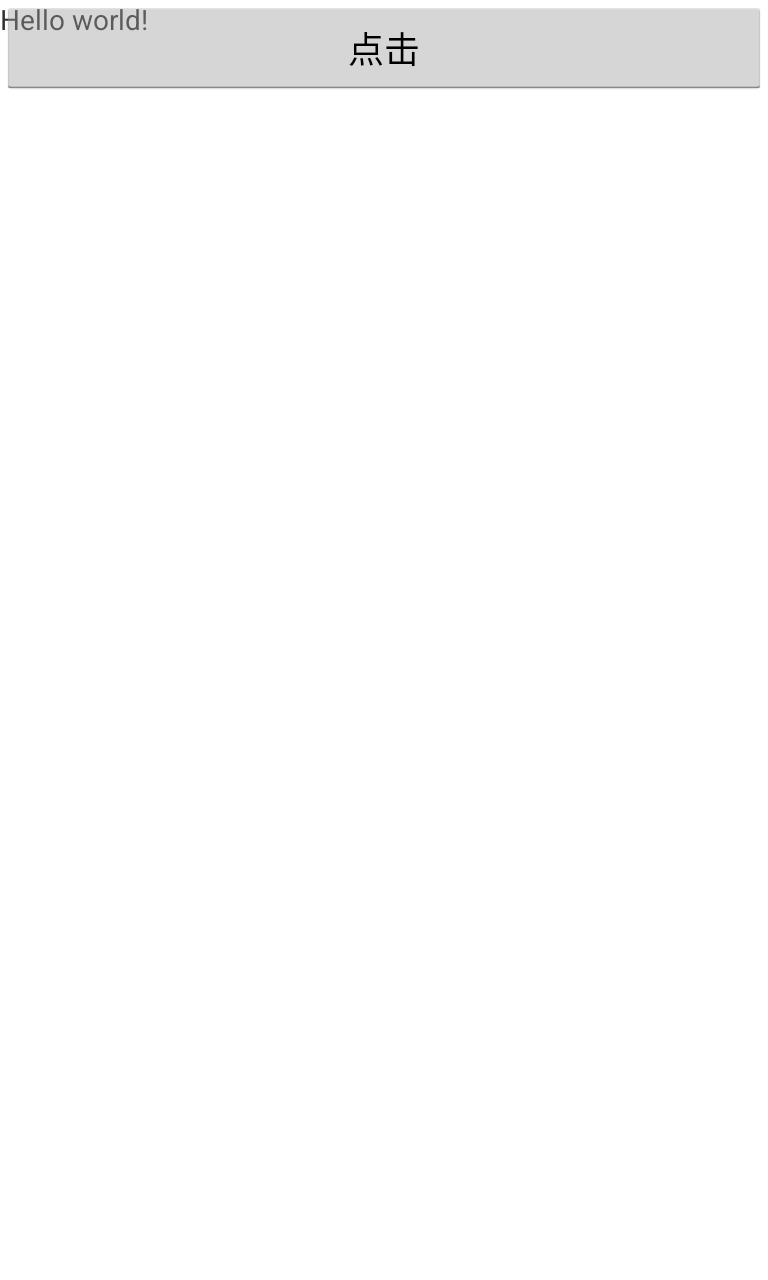
Repository: haozzzzzzzz/Android_Activity_Jump
Layout: Android_Activity_Test/res/layout/activity_second.xml
The author's editor kept a copy of each file at every save. The layout is drawn from the files as they stood at one save, then again after the next save.
It is drawn on a 768 x 1280 px phone screen (xhdpi) without system bars, with theme AppTheme; the app's code is not run.

Above is the layout before, as saved 2013-02-16 09:20:41.

After the next save:
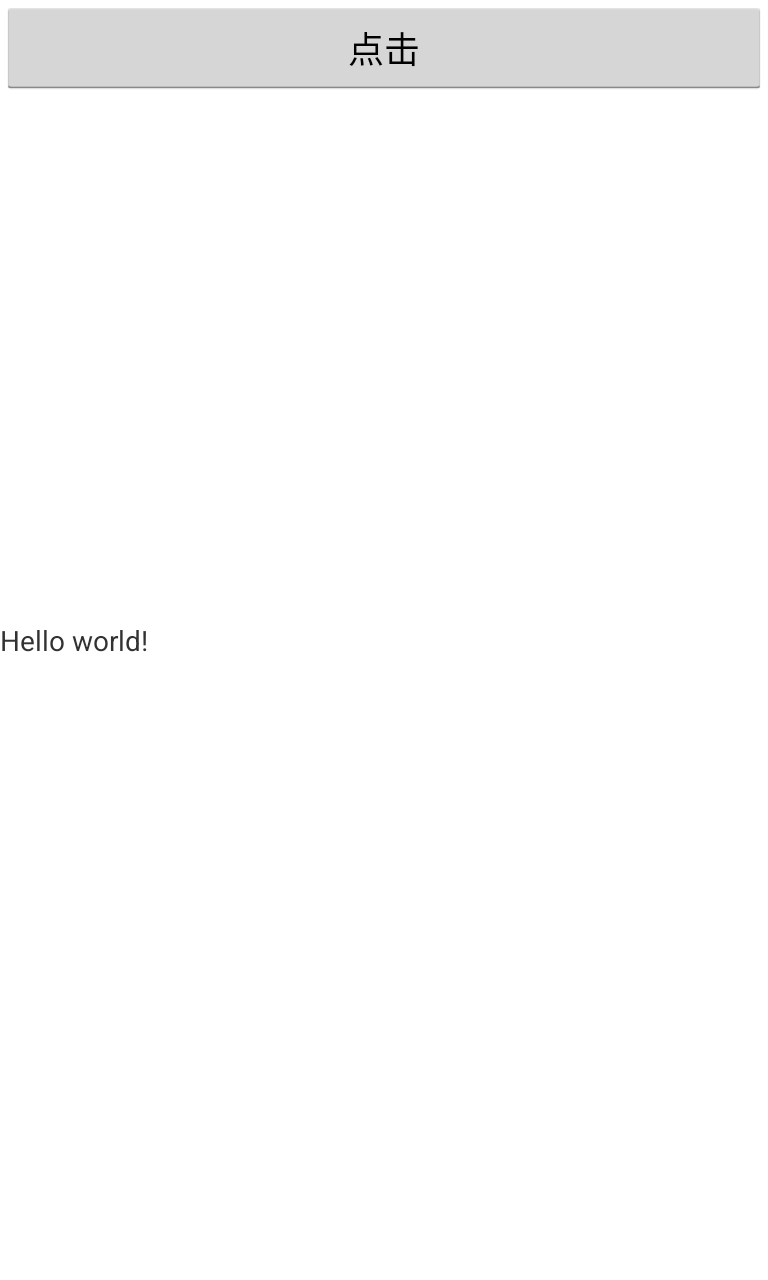
Saved 116 s later.
--- a/Android_Activity_Test/res/layout/activity_second.xml
+++ b/Android_Activity_Test/res/layout/activity_second.xml
@@ -8,6 +8,7 @@
         android:layout_width="match_parent"
         android:layout_height="wrap_content"
         android:text="@string/hello_world"
+        android:layout_centerInParent="true"
         tools:context=".MainActivity" />
 
     <Button

After the 4 saves that followed:
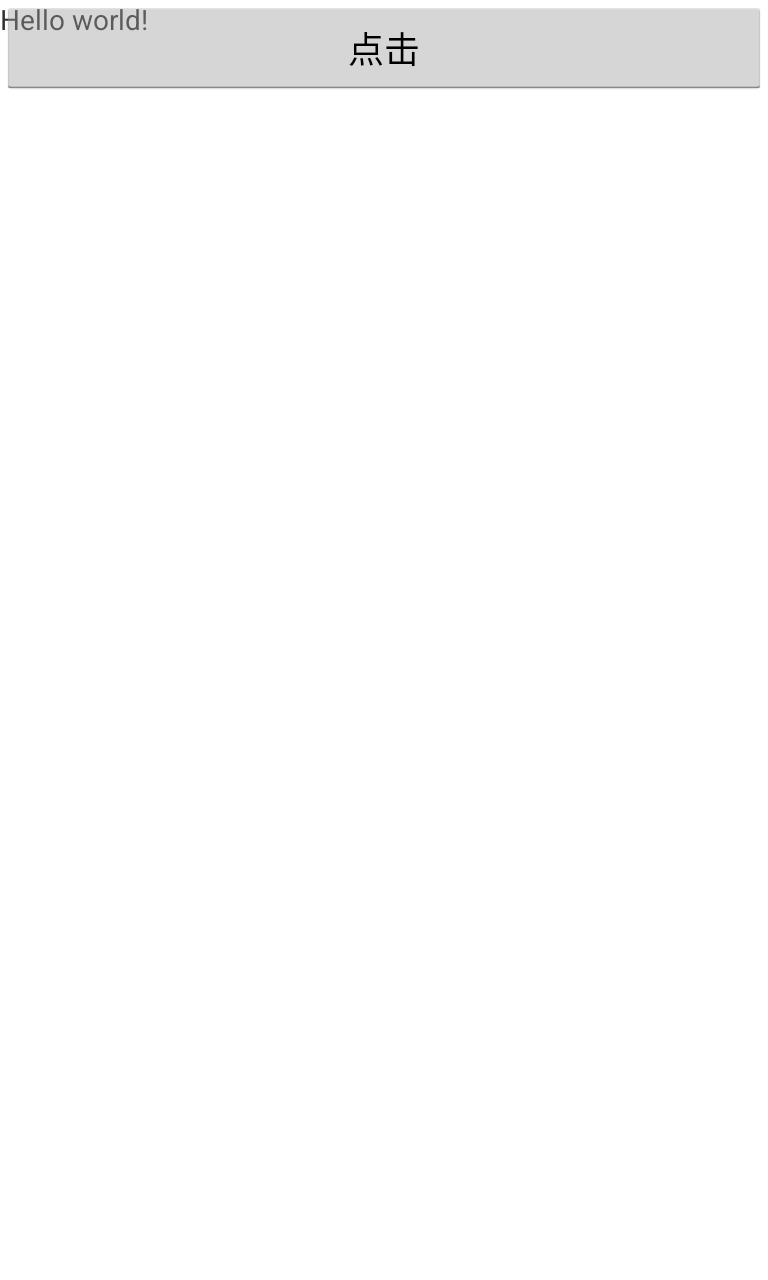
The 4 saves are shown as one change because 3 left the picture as it was.
The last was saved 89 s later.
--- a/Android_Activity_Test/res/layout/activity_second.xml
+++ b/Android_Activity_Test/res/layout/activity_second.xml
@@ -6,9 +6,10 @@
     <TextView
         android:id="@+id/secondActivity_textview"
         android:layout_width="match_parent"
-        android:layout_height="wrap_content"
+        android:layout_height="match_parent"
         android:text="@string/hello_world"
-        android:layout_centerInParent="true"
+        android:layout_centerHorizontal="true"
+        android:layout_centerVertical="true"
         tools:context=".MainActivity" />
 
     <Button
